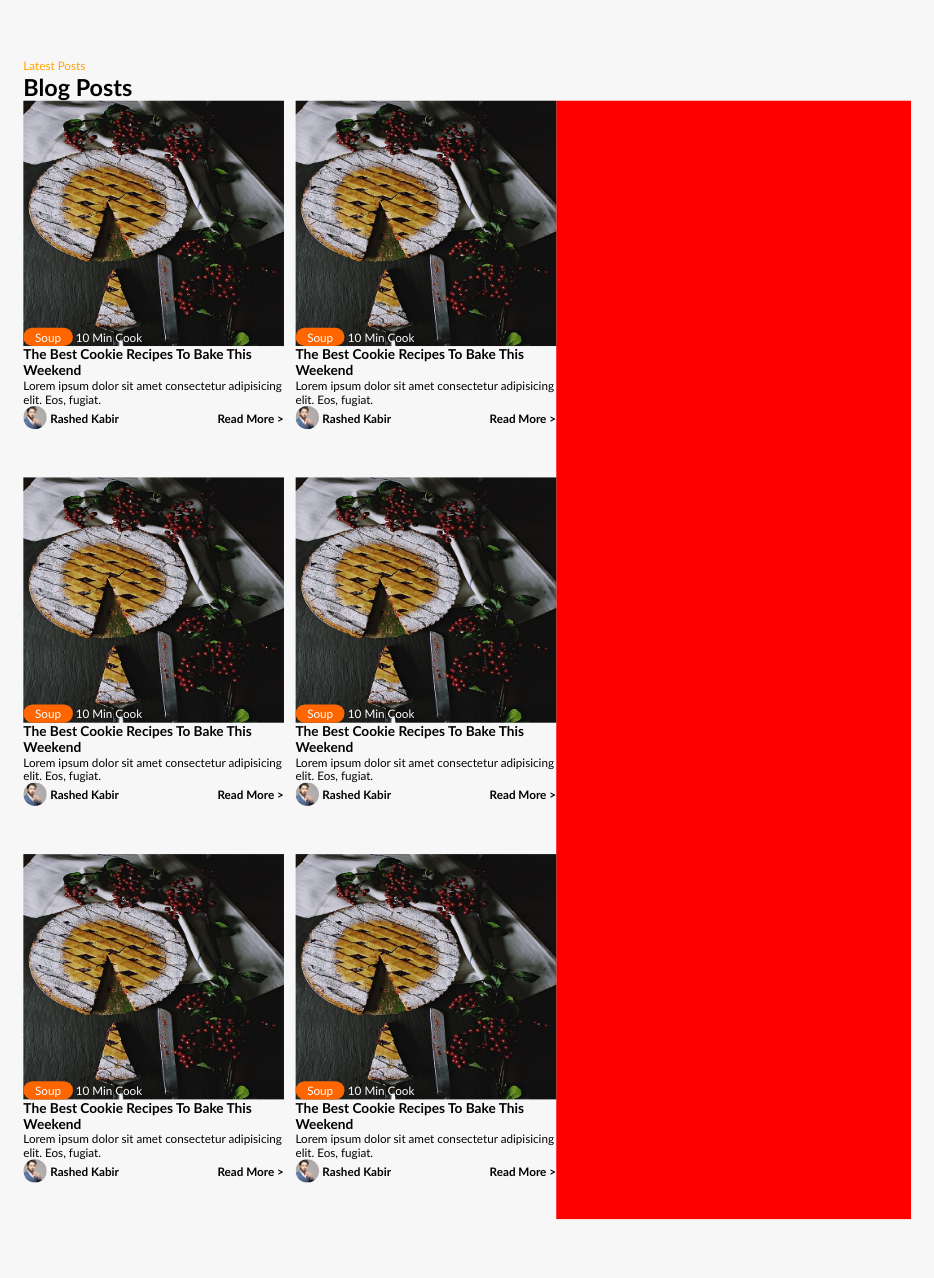
Repository: ngoctinvo/diner_project_cybersoft
Page: html/blog.html
The author's editor kept a copy of each file at every save. The page is drawn from the files as they stood at one save, then again after the next save.
The browser window is 1280 px wide. The pictures show the whole page, at 73% of full size.
The style sheet was rebuilt from its Sass, Less or Tailwind sources for each picture, by a compiler version that may differ from the author's.

Above is the page before, as saved 2022-04-19 10:21:34.

After the next save:
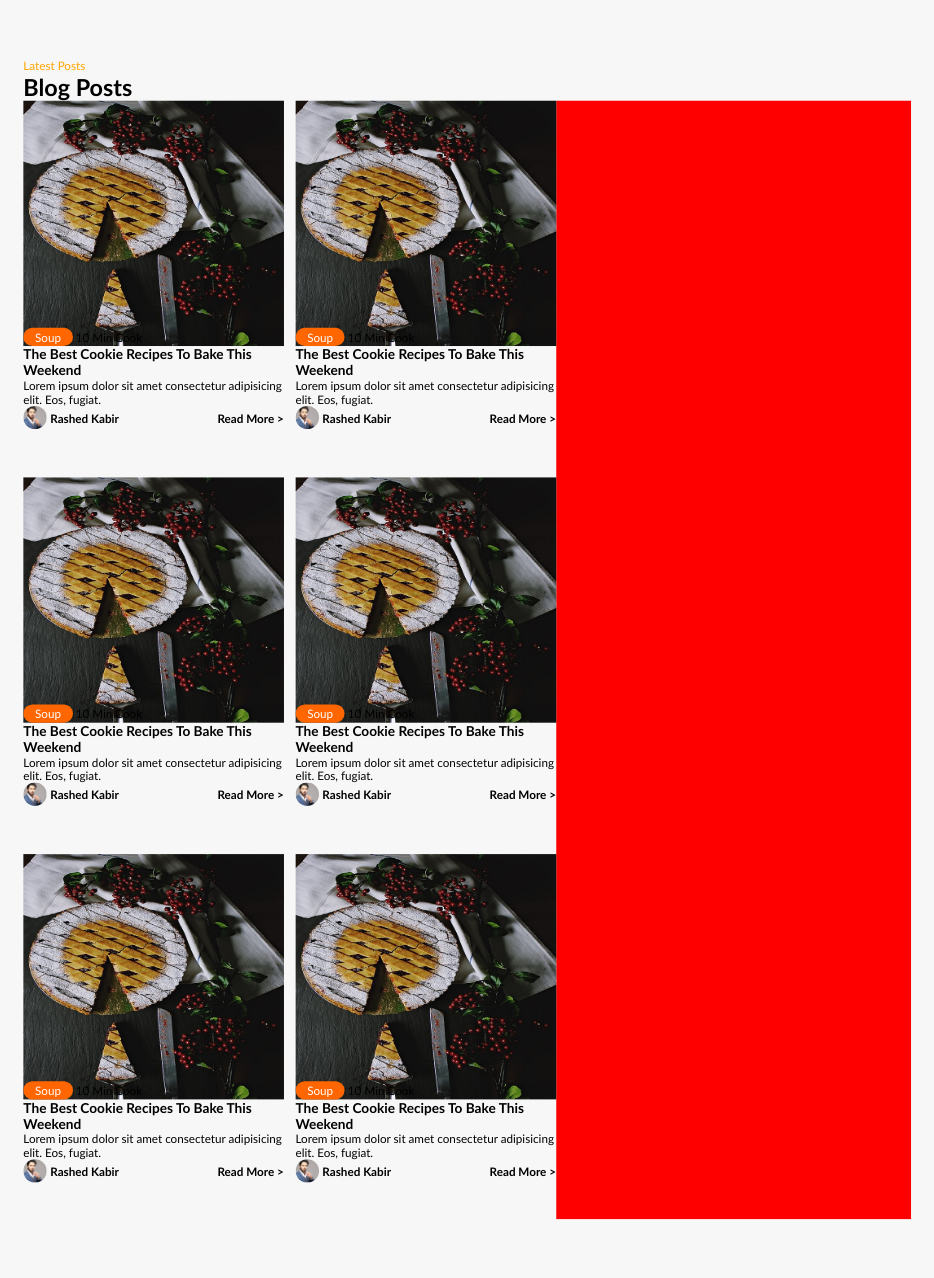
Saved 9 s later.
--- a/sass/blog.scss
+++ b/sass/blog.scss
@@ -54,7 +54,7 @@
                                     border: none;
                                     background-color: #ff6600;
                                 }
-                                span {
+                                i {
                                     color: white;
                                 }
                             }

After the save that followed:
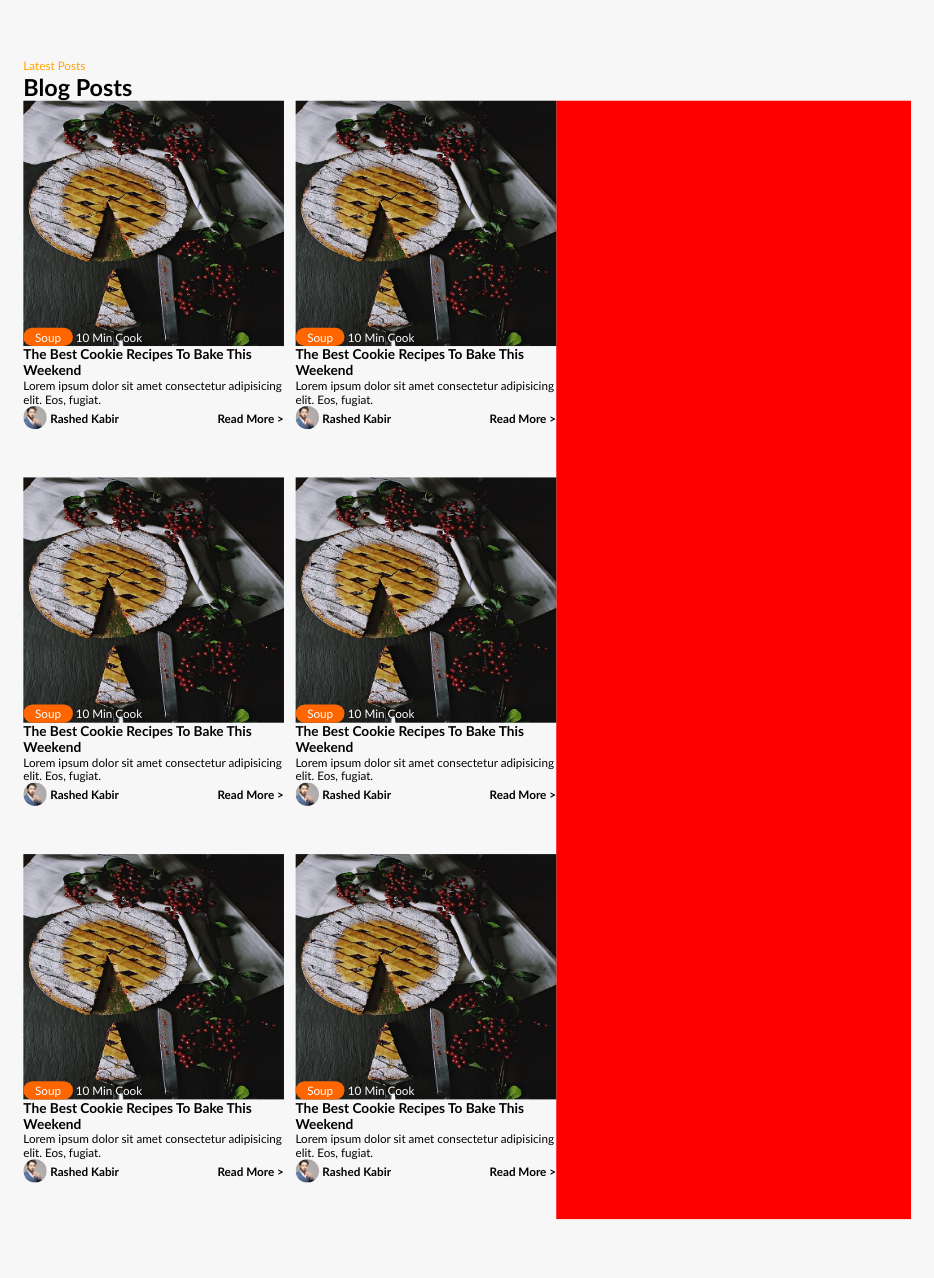
Saved 4 s later.
--- a/sass/blog.scss
+++ b/sass/blog.scss
@@ -54,7 +54,7 @@
                                     border: none;
                                     background-color: #ff6600;
                                 }
-                                i {
+                                span {
                                     color: white;
                                 }
                             }
